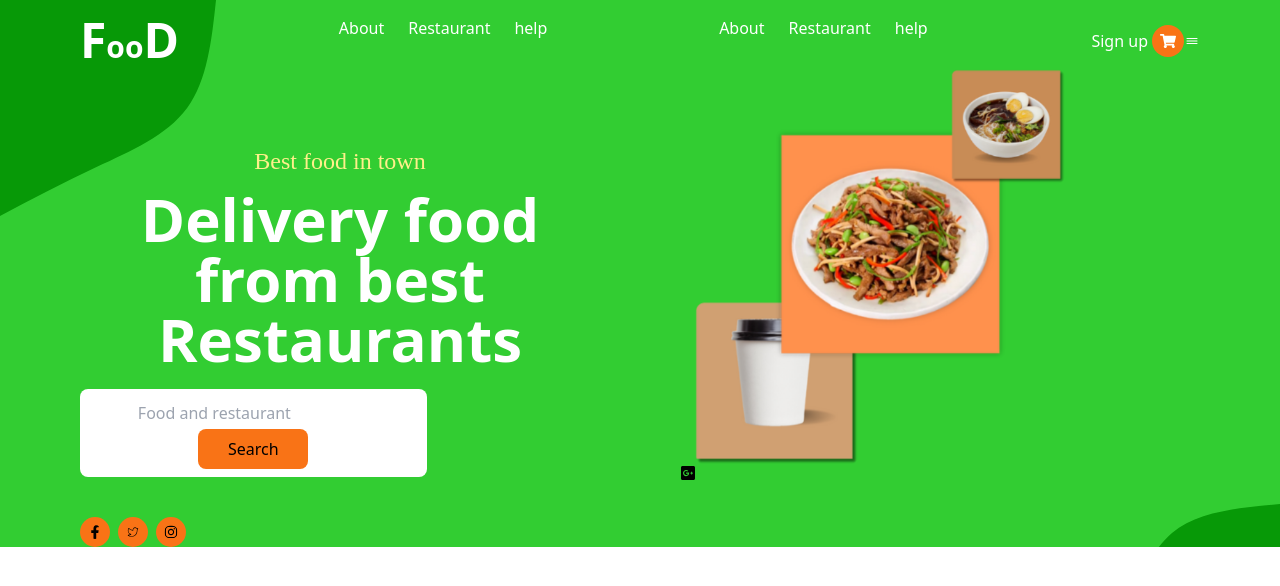
Repository: KhushiCode14/FoodWeb
Page: /
These files come from the project's save history. The page is drawn as it stood at one moment and after the next save; the edit follows.
The browser window is 1280 px wide. The pictures show the whole page.
The project was rebuilt for these pictures with package versions that can differ from the ones it lists, and the page was loaded fresh each time. Also part of the build but not shown: src/components/Home/SignUp.tsx, src/components/Home/SignIn.tsx.

Above is the page before, as saved 2024-09-19 21:02:19.

After the next save:
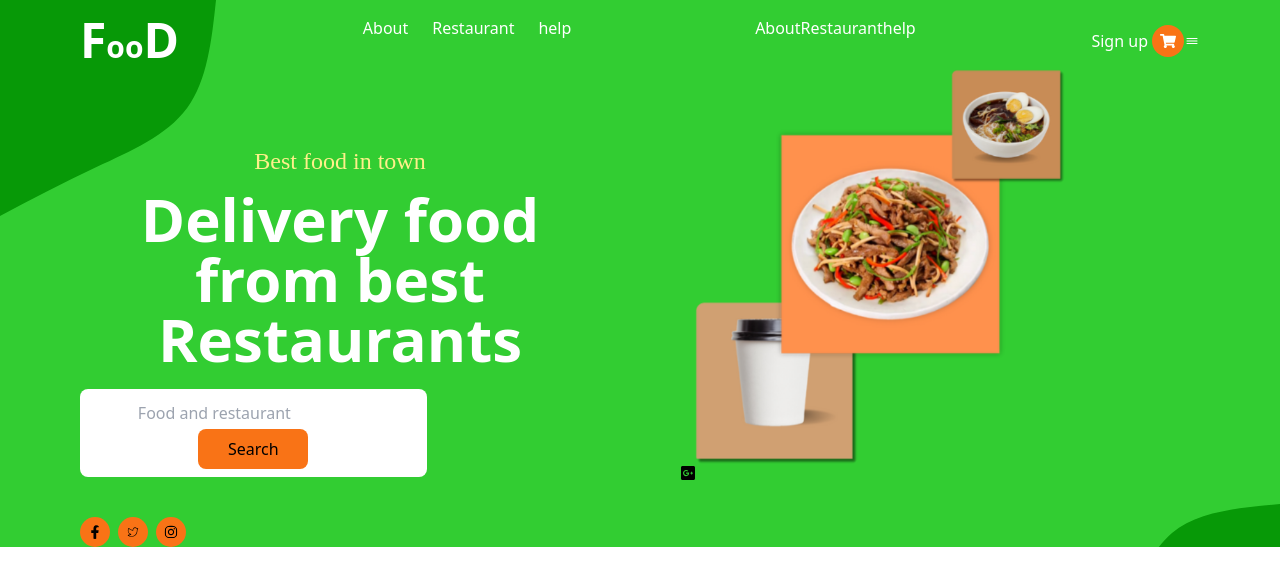
Saved 15 s later.
--- a/src/Pages/Navbar.tsx
+++ b/src/Pages/Navbar.tsx
@@ -47,7 +47,7 @@ const Navbar: React.FC = () => {
         }`}>
         {
           navLink.map((link, index) => (
-            <Link key={index} to={link.to} className="mx-3 hover:text-gray-800">
+            <Link key={index} to={link.to} className="text-orange">
               {link.linkName}
             </Link>
           ))
